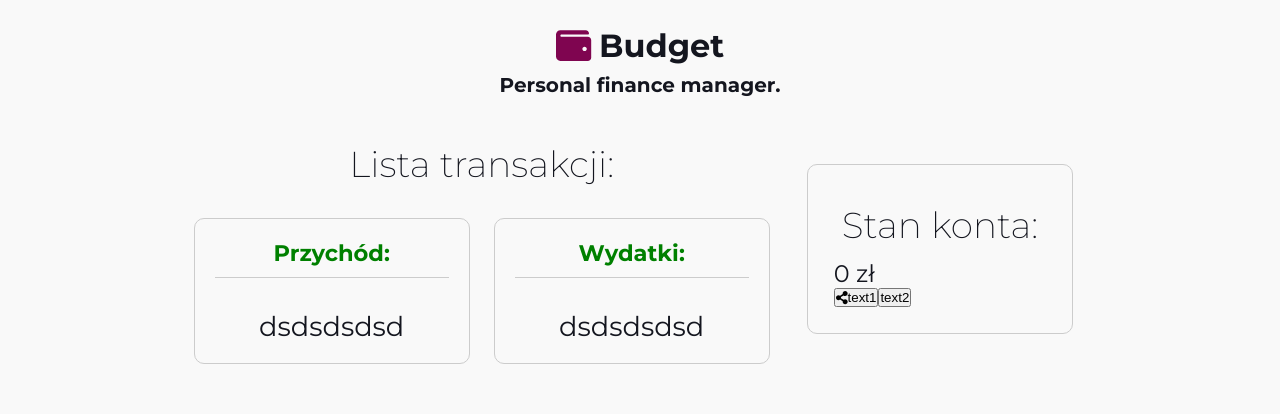
Repository: KrzysKolo/sr_tydzien4_zad4
Page: /
The author's editor kept a copy of each file at every save. The page is drawn from the files as they stood at one save, then again after the next save.
The browser window is 1280 px wide. The pictures show the whole page.
Some web libraries are served in a nearby version. The project was rebuilt for these pictures with package versions that can differ from the ones it lists, and the page was loaded fresh each time.

Above is the page before, as saved 2020-11-29 15:18:17.

### public/index.html
<!DOCTYPE html>
<html lang="en">
  <head>
    <meta charset="utf-8" />
    <link rel="icon" href="%PUBLIC_URL%/favicon.ico" />
    <meta name="viewport" content="width=device-width, initial-scale=1" />
    <meta name="theme-color" content="#000000" />
    <meta
      name="description"
      content="Web site created using create-react-app"
    />
    <link rel="apple-touch-icon" href="%PUBLIC_URL%/logo192.png" />
    <!--
      manifest.json provides metadata used when your web app is installed on a
      user's mobile device or desktop. See https://developers.google.com/web/fundamentals/web-app-manifest/
    -->
    <link rel="manifest" href="%PUBLIC_URL%/manifest.json" />
    <!--
      Notice the use of %PUBLIC_URL% in the tags above.
      It will be replaced with the URL of the `public` folder during the build.
      Only files inside the `public` folder can be referenced from the HTML.

      Unlike "/favicon.ico" or "favicon.ico", "%PUBLIC_URL%/favicon.ico" will
      work correctly both with client-side routing and a non-root public URL.
      Learn how to configure a non-root public URL by running `npm run build`.
    -->
    <link
      href="https://fonts.googleapis.com/css?family=Montserrat:200,400,700&display=swap&subset=latin-ext"
      rel="stylesheet"
    />
    <script
      src="https://kit.fontawesome.com/327a0d490c.js"
      crossorigin="anonymous"
    ></script>
    <title>Budget</title>
  </head>
  <body>
    <noscript>You need to enable JavaScript to run this app.</noscript>
    <div id="root"></div>
    <!--
      This HTML file is a template.
      If you open it directly in the browser, you will see an empty page.

      You can add webfonts, meta tags, or analytics to this file.
      The build step will place the bundled scripts into the <body> tag.

      To begin the development, run `npm start` or `yarn start`.
      To create a production bundle, use `npm run build` or `yarn build`.
    -->
  </body>
</html>

### src/App.js
import React from 'react';
import Budget from './components/Budget'

const App = () => {
  return (
    <>
      <Budget/>
    </>
  )
}

export default App;

### src/components/Budget.js
import React from 'react';
import Header from './budgetComponents/Header';
import Section from './budgetComponents/Section';
import SectionInfo from './budgetComponents/SectionInfo';
import H2 from './budgetComponents/sectionComponents/H2';
import styled, { createGlobalStyle } from 'styled-components';

const GlobalStyle = createGlobalStyle`
    * {
        padding: 0;
        margin: 0;
        box-sizing: border-box;
    }
    body {
        background-color: #f9f9f9;
        color: #14161f;
        font-family: "Montserrat", sans-serif;
        font-size: 16px;
        min-height: 100vh;
    }
    `;
const Container = styled.main`
    font-size: 1.5rem;
`;
const SectionContainer = styled.section`
    display: flex;
    flex-direction: row;
    justify-content: center;
    align-items: center;
`;
const SectionBudget = styled.section`
    display: flex;
    flex-direction: column;
    justify-content: center;
    align-items: center;
`;
const SectionItems = styled.section`
    display: flex;
    flex-direction: row;
    justify-content: center;
    align-items: center;

`;
const Budget = () => {
    return (
        <>
            <GlobalStyle />
            <Container>
                <Header />
                <SectionContainer>
                    <SectionBudget>
                        <H2 title={"Lista transakcji"} />
                        <SectionItems>
                            <Section title={"Przychód"} label={"p"}/>
                            <Section title={"Wydatki"}/>
                        </SectionItems>
                    </SectionBudget>
                    <SectionInfo title={"Stan konta"}/>
                </SectionContainer>
            </Container>
        </>
    )
}

export default Budget;

### src/components/budgetComponents/Header.js
import React from 'react';
import styled from 'styled-components';
import { FontAwesomeIcon } from '@fortawesome/react-fontawesome';
import { faWallet } from '@fortawesome/free-solid-svg-icons';

const SectionHeader = styled.header`
    align-items: center;
    color: rgb(127, 5, 80);
    display: flex;
    font-size: 2.2rem;
    flex-direction: column;
    justify-content: center;
    padding: 2%;
`;
const DivHeader = styled.div`
    align-items: center;
    display: flex;
    flex-direction: row;
    justify-content: center;
    margin-bottom: 0.5rem;
`;
const H1Header = styled.h1`
    color: #14161f;
    font-size: 2rem;
    margin-left: .5rem;
`;
const H2Header = styled.h2`
    color: #14161f;
    font-size: 1.25rem;
`;
const Header = () => {
    return (
        <SectionHeader>
            <DivHeader>
                <FontAwesomeIcon icon={faWallet}/>
                <H1Header>Budget</H1Header>
            </DivHeader>
            <H2Header>Personal finance manager.</H2Header>
        </SectionHeader>
    )
}

export default Header;

### src/components/budgetComponents/Section.js
import React from 'react';
import H1 from './sectionComponents/H1';
import styled from 'styled-components';

const SectionWrapper = styled.section`
    border: 1px solid #ccc;
    border-radius: 10px;
    display: flex;
    flex-direction: column;
    font-size: 1.7rem;
    justify-content: center;
    align-items: center;
    margin: 2%;
    padding: 20px;
    width: 300px;
`;
const Section = ({ title, label }) => {
    return (
        <SectionWrapper>
           <H1 title={title} label={label}> </H1>
           <p>dsdsdsdsd</p>
        </SectionWrapper>
    )
}

export default Section;

### src/components/budgetComponents/SectionInfo.js
import React from 'react';
import H2 from './sectionComponents/H2';
import styled from 'styled-components';
import { FontAwesomeIcon } from '@fortawesome/react-fontawesome';
import { faEllipsisV, faHeart, faShareAlt, faAngleDown } from '@fortawesome/free-solid-svg-icons';
const SectionWrapper = styled.section`
    border: 1px solid #ccc;
    border-radius: 10px;
    display: flex;
    flex-direction: column;
    margin: 2vw;
    padding: 2%;
`;
const ButtonWrapper = styled.div`
    display: flex;
    flex-direction: row;
`;
const Section = ({ title }) => {
    return (
        <SectionWrapper>
           <H2 title={title}> </H2>
           <p>0 zł</p>
           <ButtonWrapper>
                <button type="submit" > <FontAwesomeIcon icon={faShareAlt} />text1</button>
                <button type="submit" >text2</button>
           </ButtonWrapper>
        </SectionWrapper>
    )
}

export default Section;

### src/components/budgetComponents/sectionComponents/H2.js
import React from 'react'
import styled from 'styled-components';

const TitleH2 = styled.h2`
    font-weight: 200;
    margin: 2% auto;
    padding: 0.5rem;
`;

const H2 = ({title}) => {
    return (
        <TitleH2>
            {title}:
        </TitleH2>
    )
}

export default H2;

### src/components/budgetComponents/sectionComponents/H1.js
import React from 'react'
import styled from 'styled-components';

const TitleH1 = styled.h1`
    border-bottom: 1px solid #ccc;
    color: ${label => label ? 'green' : 'red'};
    margin-bottom: 2rem;
    padding-bottom: 10px;
    display: block;
    width: 100%;
    text-align: center;
`;

const H1 = ({title, label}) => {
    return (
        <TitleH1>
            {title}:
        </TitleH1>
    )
}

export default H1;

Loaded but not shown: src/index.js (common file); src/index.css (common file)

After the next save:
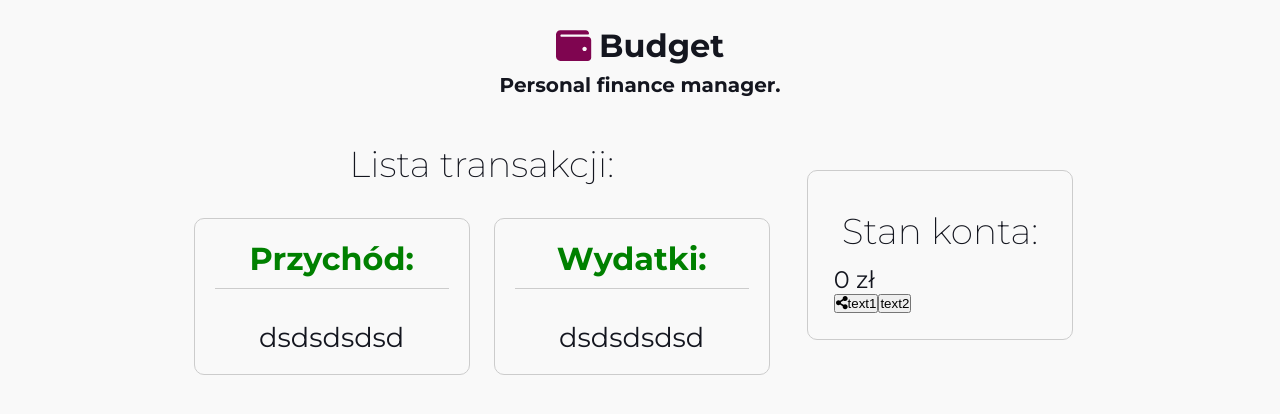
Saved 8 min 22 s later.
--- a/src/components/Budget.js
+++ b/src/components/Budget.js
@@ -28,13 +28,13 @@ const SectionContainer = styled.section`
     justify-content: center;
     align-items: center;
 `;
-const SectionBudget = styled.section`
+const DivBudget = styled.div`
     display: flex;
     flex-direction: column;
     justify-content: center;
     align-items: center;
 `;
-const SectionItems = styled.section`
+const DivItems = styled.div`
     display: flex;
     flex-direction: row;
     justify-content: center;
@@ -48,13 +48,13 @@ const Budget = () => {
             <Container>
                 <Header />
                 <SectionContainer>
-                    <SectionBudget>
+                    <DivBudget>
                         <H2 title={"Lista transakcji"} />
-                        <SectionItems>
+                        <DivItems>
                             <Section title={"Przychód"} label={"p"}/>
                             <Section title={"Wydatki"}/>
-                        </SectionItems>
-                    </SectionBudget>
+                        </DivItems>
+                    </DivBudget>
                     <SectionInfo title={"Stan konta"}/>
                 </SectionContainer>
             </Container>
